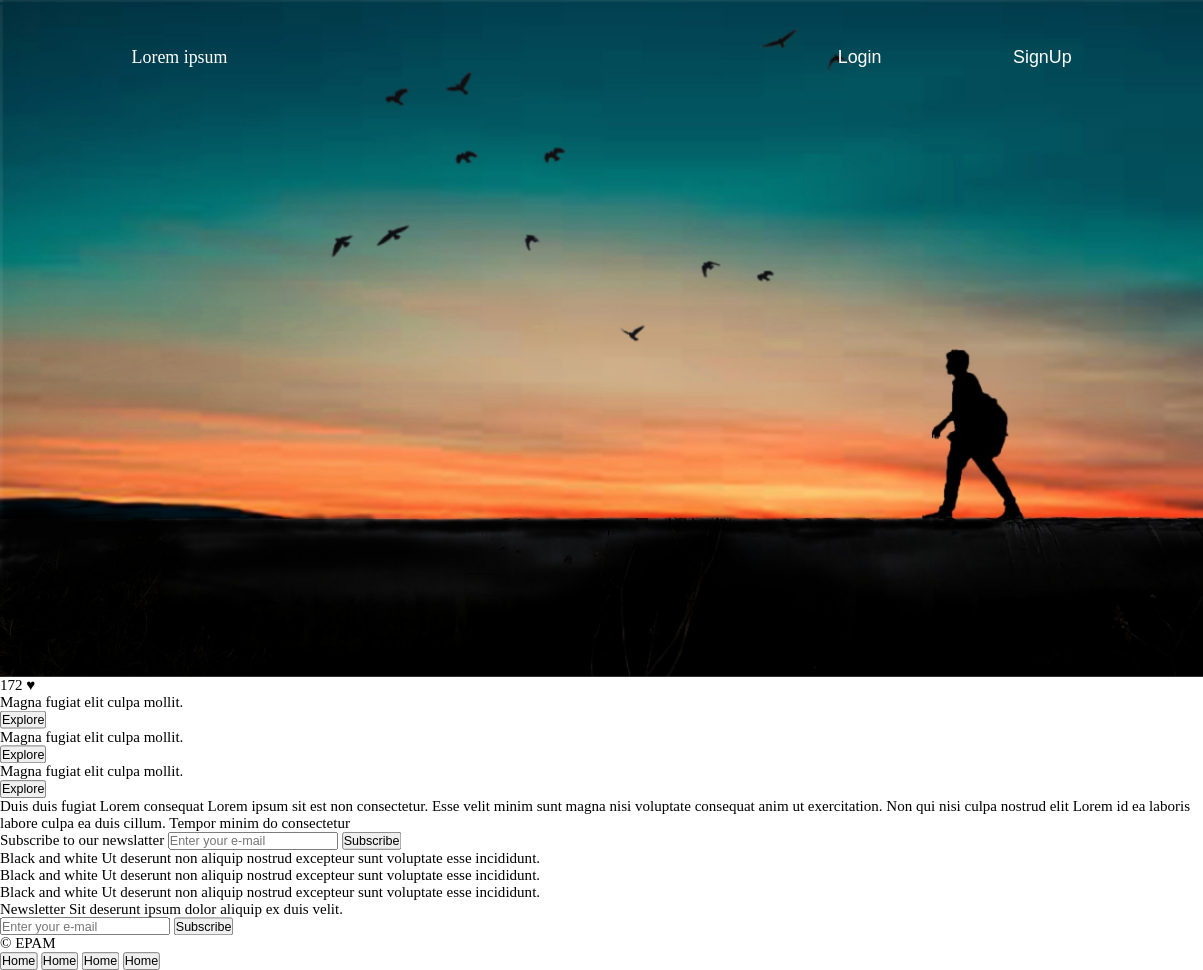
Repository: M1shkaBear/FLX
Page: FLX_homework_4/homework/index.html
The author's editor kept a copy of each file at every save. The page is drawn from the files as they stood at one save, then again after the next save.
The browser window is 1280 px wide. The pictures show the whole page, at 94% of full size.

Above is the page before, as saved 2019-01-29 04:44:41.

### FLX_homework_4/homework/index.html
<!DOCTYPE html>
<html lang="en">
  <head>
    <meta charset="UTF-8" />
    <meta name="viewport" content="width=device-width, initial-scale=1.0" />
    <meta http-equiv="X-UA-Compatible" content="ie=edge" />
    <title>Document</title>
    <link href="css/style.css" rel="stylesheet" />
  </head>
  <body>
    <header class="header">
      <section class="topHeader">
        <section class="words">Lorem ipsum</section>
        <section class="logbuttons">
          <button class="logbtn">Login</button>
          <button class="subtn">SignUp</button>
        </section>
      </section>
    </header>

    <main class="main">
      <article>
        <section class="image">
          <section class="like">172 &hearts;</section>
        </section>
        <section class="column-paragraphs"></section>
      </article>
      <section class="parag-container">
        <section>
          <p>Magna fugiat elit culpa mollit.</p>
          <button class="exploreButton">Explore</button>
        </section>
        <section>
          <p>Magna fugiat elit culpa mollit.</p>
          <button class="exploreButton">Explore</button>
        </section>
        <section>
          <p>Magna fugiat elit culpa mollit.</p>
          <button class="exploreButton">Explore</button>
        </section>
      </section>
      <section class="subscParagraph">
        <section class="parform">
          <p>
            Duis duis fugiat Lorem consequat Lorem ipsum sit est non
            consectetur. Esse velit minim sunt magna nisi voluptate consequat
            anim ut exercitation. Non qui nisi culpa nostrud elit Lorem id ea
            laboris labore culpa ea duis cillum. Tempor minim do consectetur
          </p>
        </section>
        <section class="formforsubs">
          <form class="newslatter">
            <label>Subscribe to our newslatter</label>
            <input
              class="subsig"
              type="email"
              placeholder="Enter your e-mail"
            />
            <button class="subsbtn">Subscribe</button>
          </form>
        </section>
      </section>
    </main>

    <footer class="footer">
      <section class="about">
        <section class="paragraphs">
          <p>
            Black and white Ut deserunt non aliquip nostrud excepteur sunt
            voluptate esse incididunt.
          </p>
          <p>
            Black and white Ut deserunt non aliquip nostrud excepteur sunt
            voluptate esse incididunt.
          </p>
          <p>
            Black and white Ut deserunt non aliquip nostrud excepteur sunt
            voluptate esse incididunt.
          </p>
        </section>
        <section class="news">
          <p>Newsletter Sit deserunt ipsum dolor aliquip ex duis velit.</p>
          <form class="subscribe">
            <input
              class="emailvpiska"
              type="email"
              placeholder="Enter your e-mail"
            />
            <button class="button">Subscribe</button>
          </form>
        </section>
      </section>

      <section class="footer-menu">
        <p>&copy; EPAM</p>

        <section class="footer-navigation">
          <button class="btn">Home</button> <button class="btn">Home</button>
          <button class="btn">Home</button> <button class="btn">Home</button>
        </section>
      </section>
    </footer>
  </body>
</html>

### FLX_homework_4/homework/css/style.css
* {
  padding: 0;
  margin: 0;
}
.header {
  background-image: url("../img/sample2.jpg");
  background-size: cover;
  height: 100vh;
}
.topHeader {
  display: flex;
  justify-content: space-between;
}
.logbtn,
.subtn {
  color: white;
  border: 0px;
  background-color: Transparent;
  cursor: pointer;
  justify-content: space-between;
  margin-right: 140px;
  font-size: 19px;
}
.logbuttons {
  display: flex;
  margin-top: 50px;
}
.words {
  margin-top: 50px;
  color: white;
  font-size: 19px;
  margin-left: 140px;
}

After the next save:
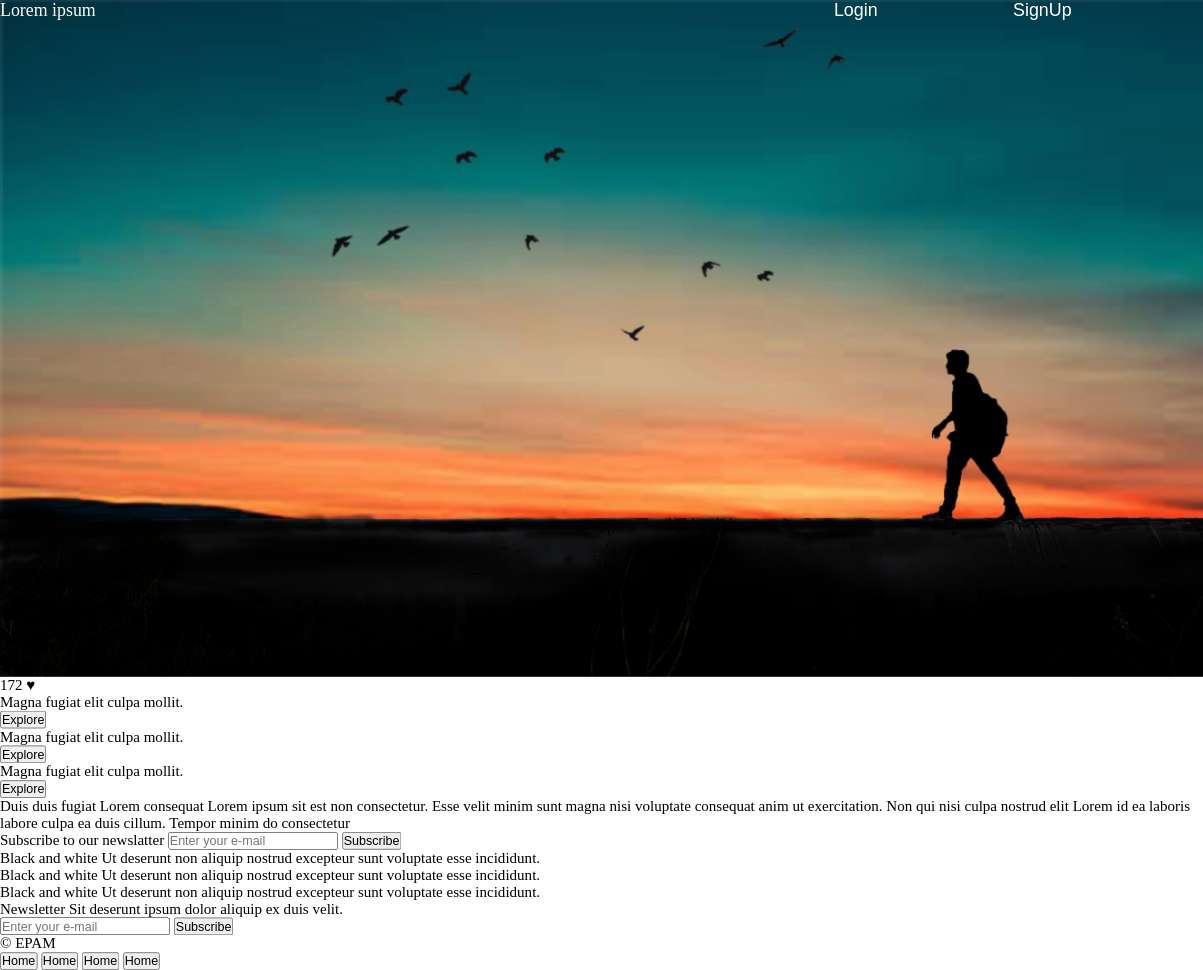
Saved 28 s later.
--- a/FLX_homework_4/homework/css/style.css
+++ b/FLX_homework_4/homework/css/style.css
@@ -22,12 +22,8 @@
   font-size: 19px;
 }
 .logbuttons {
-  display: flex;
-  margin-top: 50px;
 }
 .words {
-  margin-top: 50px;
   color: white;
   font-size: 19px;
-  margin-left: 140px;
 }
